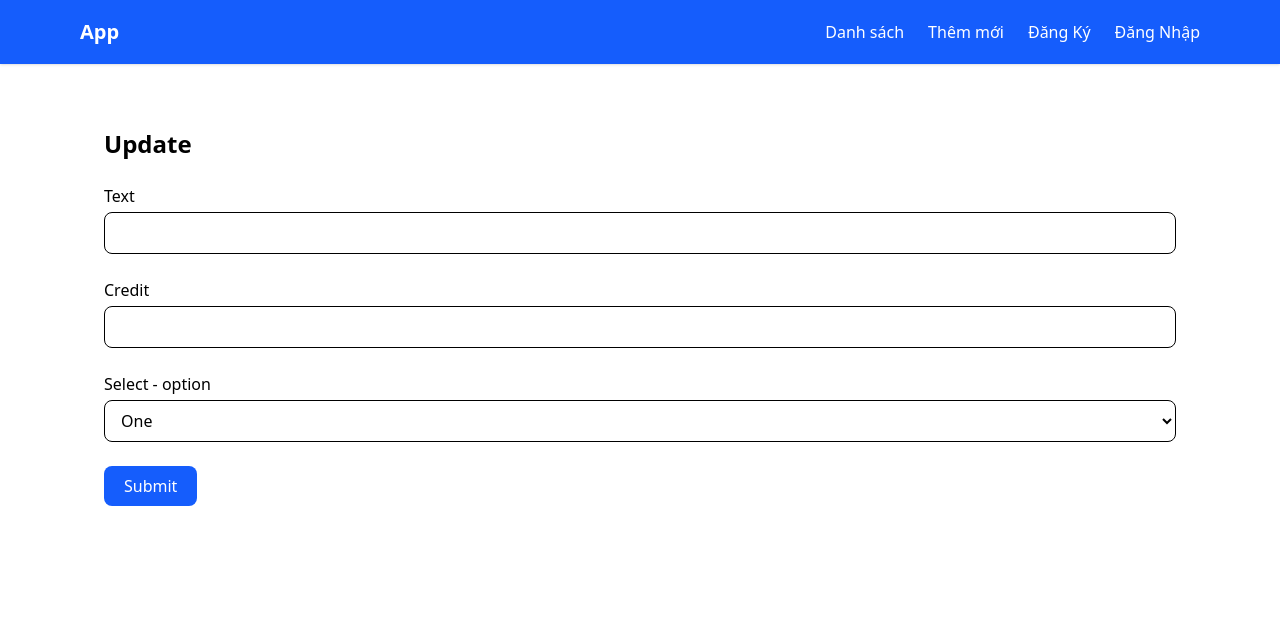
Repository: DODUCHUY195/Lap_Trinh_TypeScript
Page: /edit/3
The author's editor kept a copy of each file at every save. The page is drawn from the files as they stood at one save, then again after the next save.
The browser window is 1280 px wide. The pictures show the whole page.
The page's requests for data from a server got no answer. The project was rebuilt for these pictures with package versions that can differ from the ones it lists, and the page was loaded fresh each time. No one was signed in, and anything a server would have sent is missing. Also part of the build but not shown: vite.config.ts, src/pages/List.tsx, src/pages/Add.tsx, src/pages/AuthPage.tsx.

Above is the page before, as saved 2026-01-28 14:52:15.

### src/App.tsx
import { Toaster } from "react-hot-toast";
import { Link, Routes, Route } from "react-router-dom";

import List from "./pages/List";
import Add from "./pages/Add";
import Edit from "./pages/Edit";
import AuthPage from "./pages/AuthPage";


function App() {


  return (
    <>
      {/* NAVBAR */}

      <nav className="bg-blue-600 text-white shadow">
        <div className="max-w-6xl mx-auto px-4 h-16 flex items-center justify-between">
          <Link to="/" className="text-xl font-semibold">
            <strong>App</strong>
          </Link>

          <div className="flex items-center space-x-6">
            <Link to="/" className="hover:text-gray-200">
              Danh sách
            </Link>
            <Link to="/add" className="hover:text-gray-200">
              Thêm mới
            </Link>
             <Link to="/register" className="hover:text-gray-200">
              Đăng Ký
            </Link>
            <Link to="/login" className="hover:text-gray-200">
              Đăng Nhập
            </Link>
          </div>
        </div>
      </nav>

      <div className="max-w-6xl mx-auto mt-10 px-4">
        <Routes>
          <Route path="/" element={<List />} />
          <Route path="/add" element={<Add />} />
          <Route path="/edit/:id" element={<Edit />} />
          <Route path="/register" element={<AuthPage />} />
          <Route path="/login" element={<AuthPage isLogin={true} />} />

        </Routes>
      </div>

      <Toaster />
    </>
  );
}

export default App;

### src/pages/Edit.tsx
import axios from "axios";
import { useForm } from "react-hook-form";
import z from "zod";
import { zodResolver } from "@hookform/resolvers/zod";
import { useParams } from "react-router-dom";
import { useEffect } from "react";

type FormValues = {
  name: string;
  credit: number;
};

const validate = z.object({
  name: z.string().min(3, "Name 3 ky tu").max(10),
  credit: z.number().min(1).max(100),
});

function EditPage() {
  const { id } = useParams();
  const {
    register,
    handleSubmit,
    reset,
    formState: { errors },
  } = useForm<FormValues>({
    resolver: zodResolver(validate),
  });

  useEffect(() => {
    const getDetail = async () => {
      try {
        const token = localStorage.getItem("accessToken");
        const headers = token ? { Authorization: `Bearer ${token}` } : undefined;
        const { data } = await axios.get(`/api/subject/${id}`, { headers });
        reset(data);
      } catch (error) {
        console.log(error);
      }
    };
    if (id) getDetail();
  }, [id, reset]);

  const onSubmit = async (values: FormValues) => {
    try {
      const token = localStorage.getItem("accessToken");
      const headers = token ? { Authorization: `Bearer ${token}` } : undefined;
      await axios.put(`/api/subject/${id}`, values, { headers });
    } catch (error) {
      console.log(error);
    }
  };

  return (
    <div className="p-6">
      <h1 className="text-2xl font-semibold mb-6">Update</h1>
      <form onSubmit={handleSubmit(onSubmit)} className="space-y-6">
        <div>
          <label htmlFor="text" className="block font-medium mb-1">
            Text
          </label>
          <input
            {...register("name")}
            type="text"
            id="text"
            className="w-full border rounded-lg px-3 py-2 focus:outline-none focus:ring-2 focus:ring-blue-500"
          />
          <span>{errors?.name?.message as string}</span>
        </div>
        <div>
          <label htmlFor="credit" className="block font-medium mb-1">
            Credit
          </label>
          <input
            {...register("credit", { valueAsNumber: true })}
            type="number"
            id="credit"
            className="w-full border rounded-lg px-3 py-2 focus:outline-none focus:ring-2 focus:ring-blue-500"
          />
          <span>{errors?.credit?.message as string}</span>
        </div>
        <div>
          <label htmlFor="selectOption" className="block font-medium mb-1">
            Select - option
          </label>
          <select
            id="selectOption"
            className="w-full border rounded-lg px-3 py-2 bg-white focus:outline-none focus:ring-2 focus:ring-blue-500"
          >
            <option value="1">One</option>
            <option value="2">Two</option>
            <option value="3">Three</option>
          </select>
        </div>
        <button
          type="submit"
          className="px-5 py-2 bg-blue-600 text-white rounded-lg hover:bg-blue-700 transition"
        >
          Submit
        </button>
      </form>
    </div>
  );
}

export default EditPage;

Loaded but not shown: index.html (common file); src/main.tsx (common file); src/index.css (common file)

After the next save:
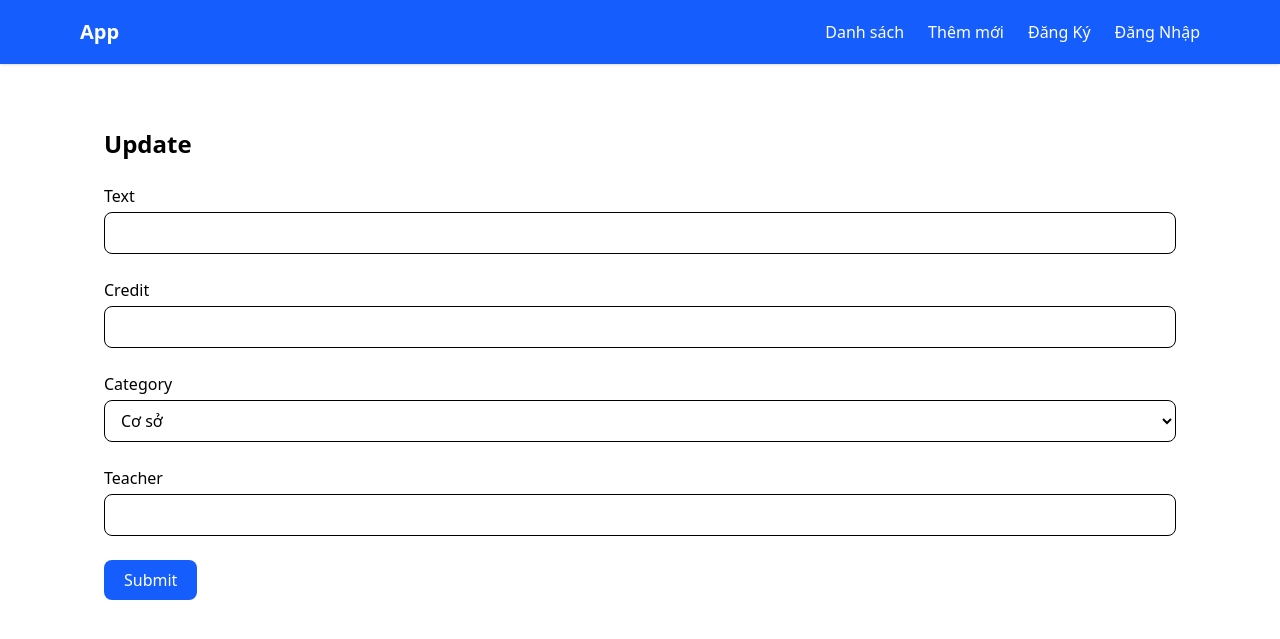
Saved 30 s later.
--- a/src/pages/Edit.tsx
+++ b/src/pages/Edit.tsx
@@ -8,11 +8,15 @@ import { useEffect } from "react";
 type FormValues = {
   name: string;
   credit: number;
+  category: "Cơ sở" | "Chuyên ngành" | "Đại cương";
+  teacher: string;
 };
 
 const validate = z.object({
-  name: z.string().min(3, "Name 3 ky tu").max(10),
-  credit: z.number().min(1).max(100),
+  name: z.string().min(4, "Tên phải > 3 ký tự").max(100),
+  credit: z.number().min(1, "Số tín chỉ phải > 0").max(100),
+  category: z.enum(["Cơ sở", "Chuyên ngành", "Đại cương"]),
+  teacher: z.string().min(4, "Giáo viên phải > 3 ký tự").max(100),
 });
 
 function EditPage() {
@@ -79,17 +83,31 @@ function EditPage() {
           <span>{errors?.credit?.message as string}</span>
         </div>
         <div>
-          <label htmlFor="selectOption" className="block font-medium mb-1">
-            Select - option
+          <label htmlFor="category" className="block font-medium mb-1">
+            Category
           </label>
           <select
-            id="selectOption"
+            {...register("category")}
+            id="category"
             className="w-full border rounded-lg px-3 py-2 bg-white focus:outline-none focus:ring-2 focus:ring-blue-500"
           >
-            <option value="1">One</option>
-            <option value="2">Two</option>
-            <option value="3">Three</option>
+            <option value="Cơ sở">Cơ sở</option>
+            <option value="Chuyên ngành">Chuyên ngành</option>
+            <option value="Đại cương">Đại cương</option>
           </select>
+          <span>{errors?.category?.message as string}</span>
+        </div>
+        <div>
+          <label htmlFor="teacher" className="block font-medium mb-1">
+            Teacher
+          </label>
+          <input
+            {...register("teacher")}
+            type="text"
+            id="teacher"
+            className="w-full border rounded-lg px-3 py-2 focus:outline-none focus:ring-2 focus:ring-blue-500"
+          />
+          <span>{errors?.teacher?.message as string}</span>
         </div>
         <button
           type="submit"
